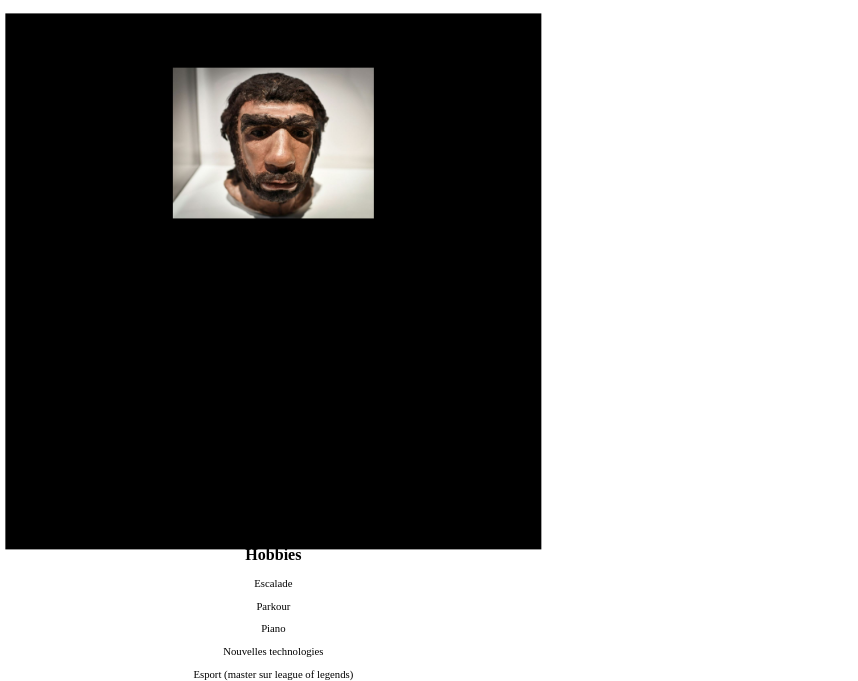
Repository: barridev/cours_devops.github.io
Page: index.html
An editor plug-in stored every save of this project. The page is shown before and after the next save, followed by the edit.
The browser window is 1280 px wide. The pictures show the whole page, at 67% of full size.

Above is the page before, as saved 2022-06-13 15:35:30.

After the next save:
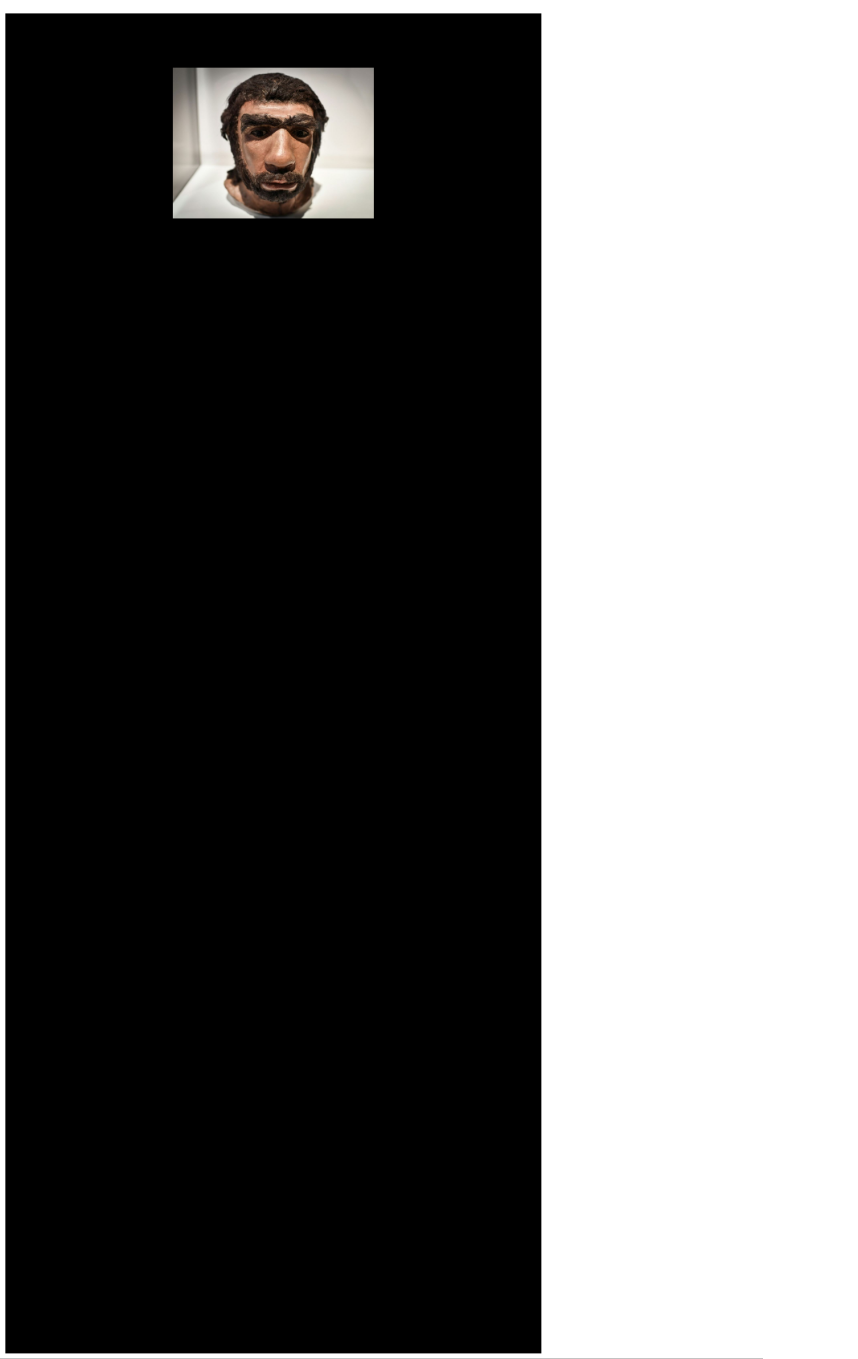
Saved 10 s later.
--- a/style.css
+++ b/style.css
@@ -4,7 +4,7 @@
 
 .div_global {
     width: 800px;
-    height: 800px;
+    height: 2000px;
     background-color: black;
 
 }
